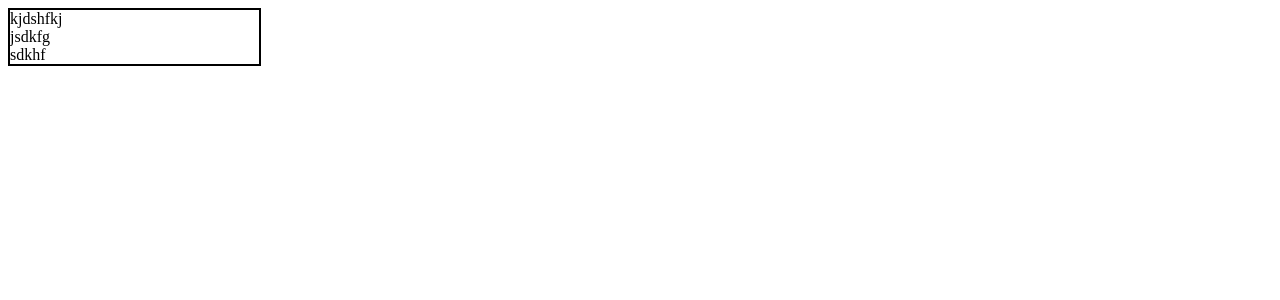
Repository: Ayushi6Sharma/Resume
Page: index.html
These files come from the project's save history. The page is drawn as it stood at one moment and after the next save; the edit follows.
The browser window is 1280 px wide. The pictures show the whole page.

Above is the page before, as saved 2022-05-03 22:45:16.

### index.html
<!DOCTYPE html>
<html lang="en">
    <head>
        <meta charset="utf-8">
        <meta http-equiv="X-UA-Compatible" content="IE=edge">
        <meta name="viewport" content="width=device-width, initial-scale=1">
        <meta name="description" content="">
        <meta name="author" content="">
        <link rel="stylesheet" href="style.css">
        <title>Resume</title>
    </head>
    <body>
        <main class="main-content" contenteditable="true">
            <section>
                <div class="left-main-content">
                    <div class="profile-data">
                        <div class="profile-image">
                            kjdshfkj
                        </div>
                        <div class="profile-email">
                            jsdkfg
                        </div>
                        <div class="profile-contact">
                            sdkhf
                        </div>
                        <div class="profile-linkedin"></div>
                        <div class="profile-github"></div>
                    </div>

                </div>

            </section>
            <section>
                <div class="right-main-content">

                </div>
            </section>
        </main>
    </body>
</html>

### style.css
.main-content
{
    display: grid;
    grid-template-columns:1fr 4fr;
    /* width:90%; */
}
.left-main-content
{
    border:2px solid black;
}

After the next save:
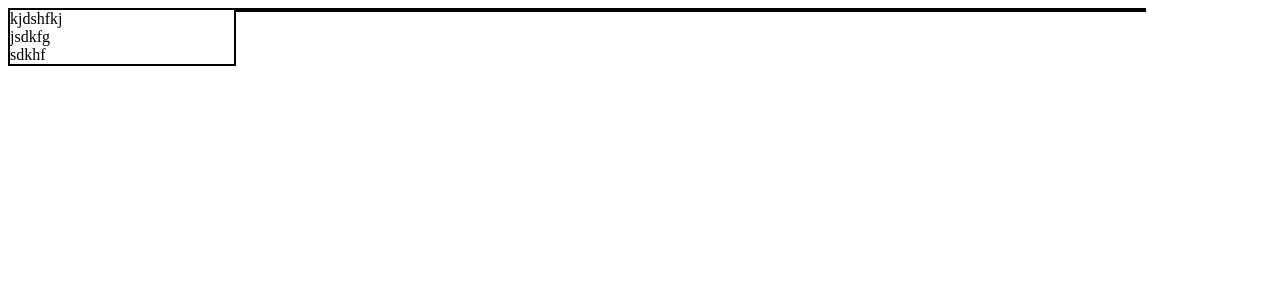
Saved 38 s later.
--- a/style.css
+++ b/style.css
@@ -2,9 +2,13 @@
 {
     display: grid;
     grid-template-columns:1fr 4fr;
-    /* width:90%; */
+    width:90%;
 }
 .left-main-content
 {
     border:2px solid black;
 }
+.right-main-content
+{
+    border: 2px solid black;
+}
